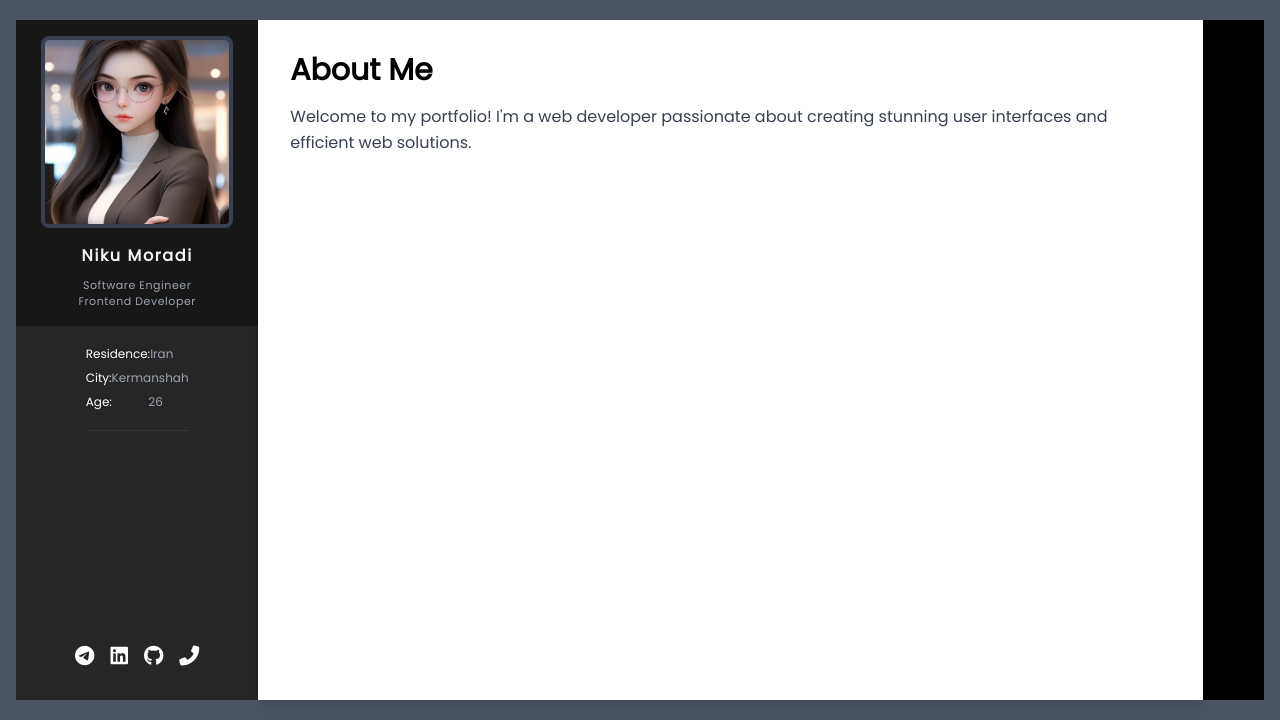
Repository: NikuMoradi/niku-moradi
Page: /
These files come from the project's save history. The page is drawn as it stood at one moment and after the next save; the edit follows.
The browser window is 1280 px wide. The pictures show the whole page.
The project was rebuilt for these pictures with package versions that can differ from the ones it lists, and the page was loaded fresh each time. The framework's server and built-in components were replaced by stand-ins that run in the browser. Also part of the build but not shown: nuxt.config.ts, components/Blog Posts/Component-Design.vue, components/Blog.vue, components/Contact.vue, components/Education.vue, components/Experience.vue, components/Hero.vue, components/Menu.vue and 3 more.

Above is the page before, as saved 2024-11-29 11:03:19.

After the next save:
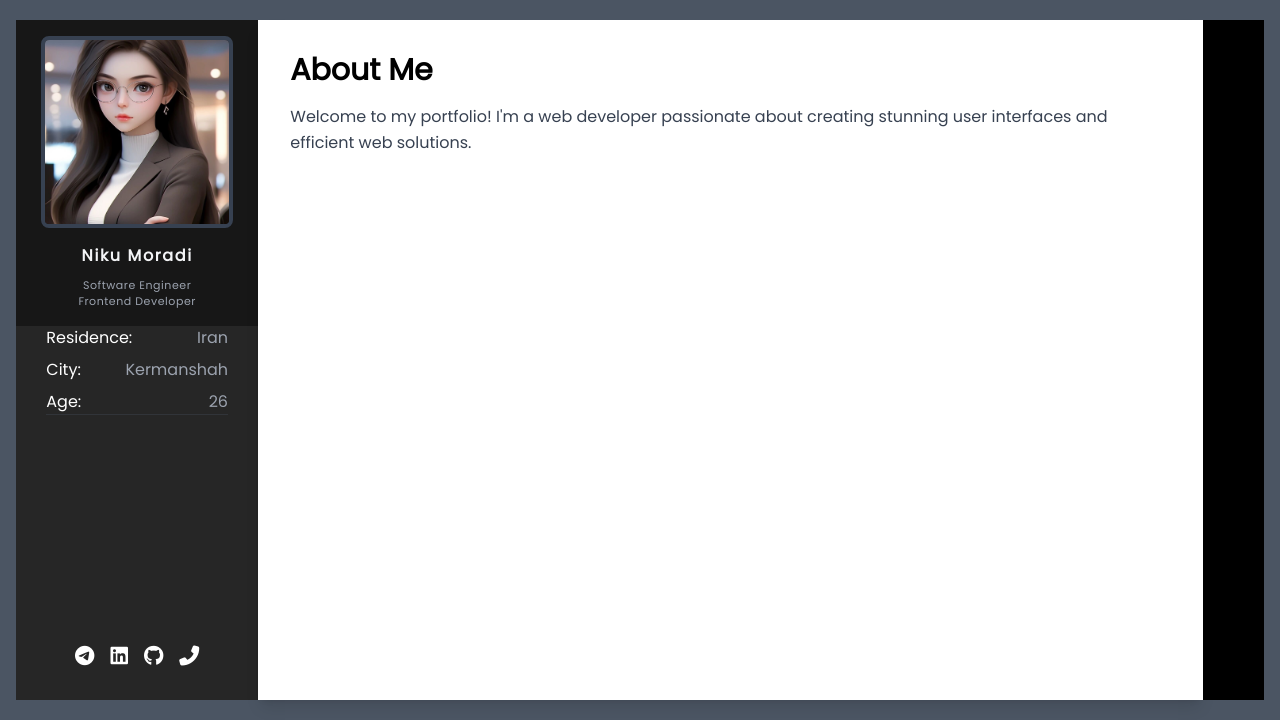
Saved 87 s later.
--- a/components/LeftPanel.vue
+++ b/components/LeftPanel.vue
@@ -30,23 +30,21 @@
     </div>
     <!-- table -->
 
-    <div class="">
-      <div class="w-3/4 flex flex-col py-5 text-xs">
-        <ul class="space-y-2">
-          <li class="flex justify-between">
-            <h6>Residence:</h6>
-            <span class="text-gray-400">Iran</span>
-          </li>
-          <li class="flex justify-between">
-            <h6>City:</h6>
-            <span class="text-gray-400">Kermanshah</span>
-          </li>
-          <li class="flex justify-between">
-            <h6>Age:</h6>
-            <span class="text-gray-400">26</span>
-          </li>
-        </ul>
-      </div>
+    <div class="w-3/4 flex flex-col">
+      <ul class="space-y-2">
+        <li class="flex justify-between">
+          <h6>Residence:</h6>
+          <span class="text-gray-400">Iran</span>
+        </li>
+        <li class="flex justify-between">
+          <h6>City:</h6>
+          <span class="text-gray-400">Kermanshah</span>
+        </li>
+        <li class="flex justify-between">
+          <h6>Age:</h6>
+          <span class="text-gray-400">26</span>
+        </li>
+      </ul>
       <!-- divider -->
       <div class="w-full h-px bg-gray-600 opacity-30"></div>
     </div>
